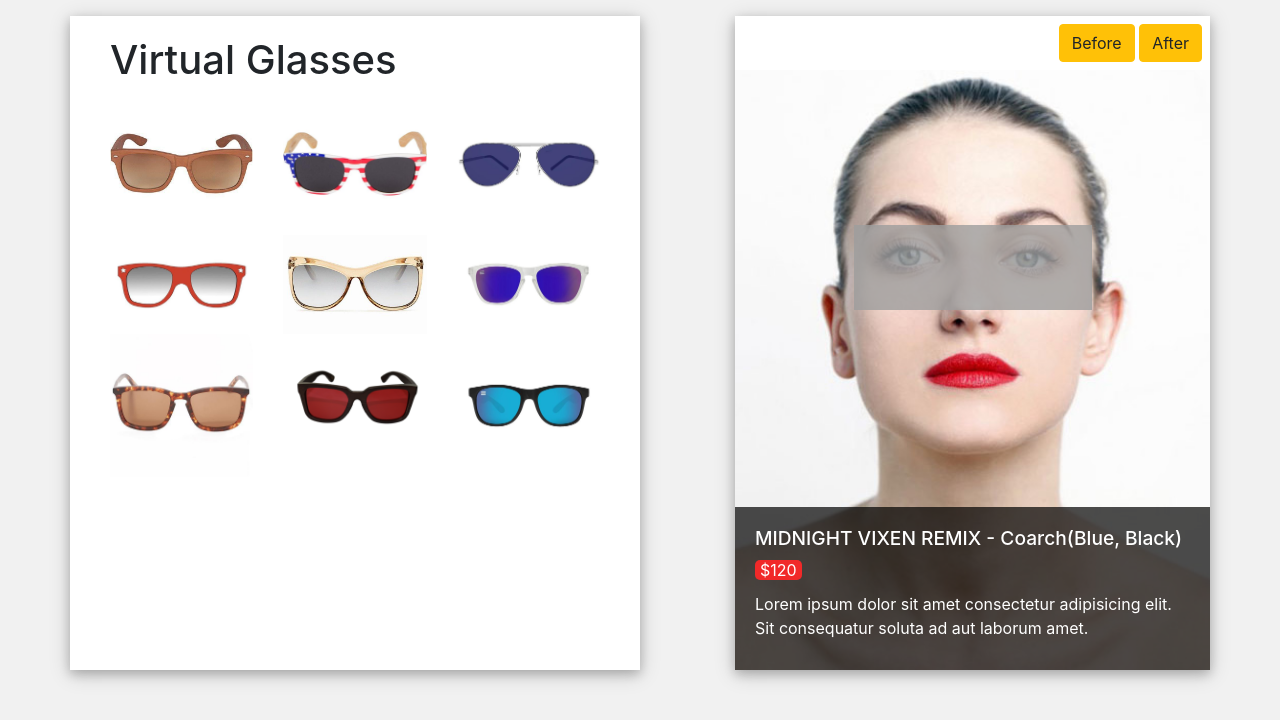
Repository: Khoi300399/BC35E_ES6_B2_MaThanhKhoi
Page: index.html
The author's editor kept a copy of each file at every save. The page is drawn from the files as they stood at one save, then again after a run of saves.
The browser window is 1280 px wide. The pictures show the whole page.
After loading, the first visible `img` was clicked once.
Pictures or frames that could not be fetched are drawn as grey boxes.

Above is the page before, as saved 2022-10-21 23:54:33.

After the next 2 saves:
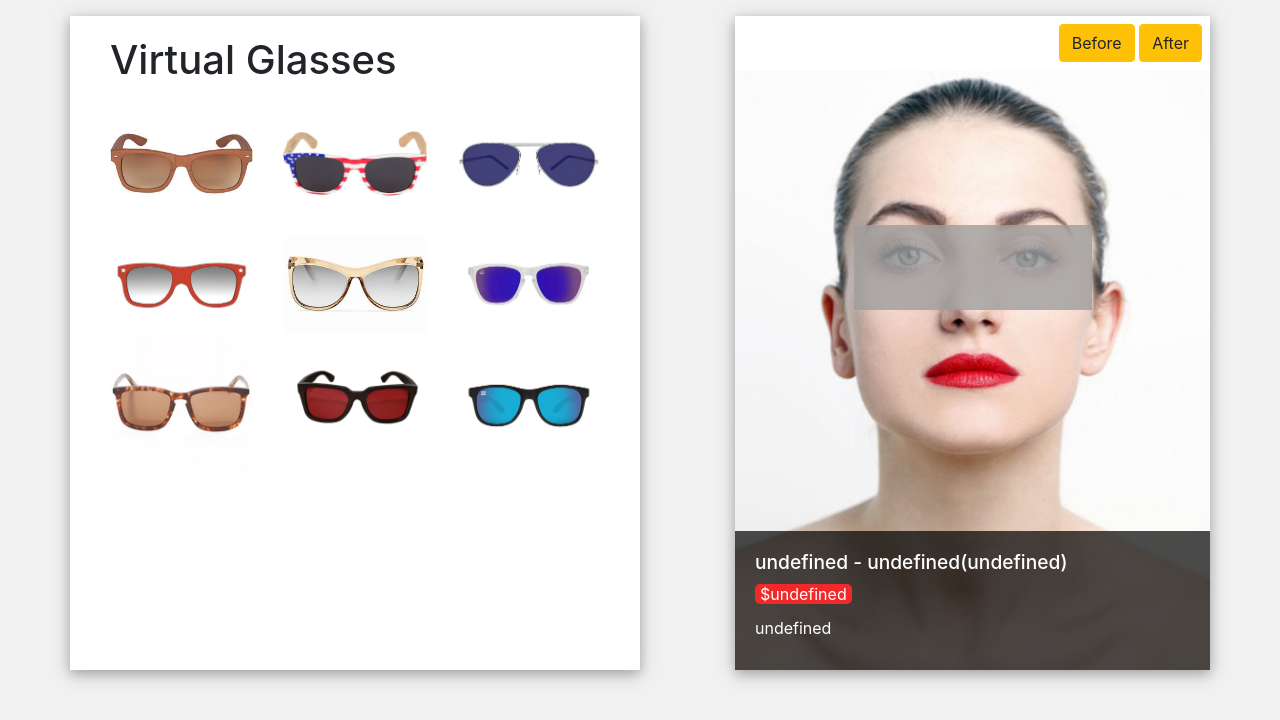
The 2 saves are shown as one change because they came seconds apart.
The last was saved 17 s later.
--- a/js/main.js
+++ b/js/main.js
@@ -122,7 +122,8 @@ let btnShowGlasses = (value) => {
     `;
   document.querySelector("#avatar").innerHTML = imgGlasses;
   document.querySelector("#avatar img").style.opacity = 0.8;
-  document.querySelector("#glassesInfo").style.display = "block";
+
+  document.querySelector("#glassesInfo").innerHTML = contentGlasses;
   document.querySelector("#glassesInfo").style.display = "block";
 };
 
